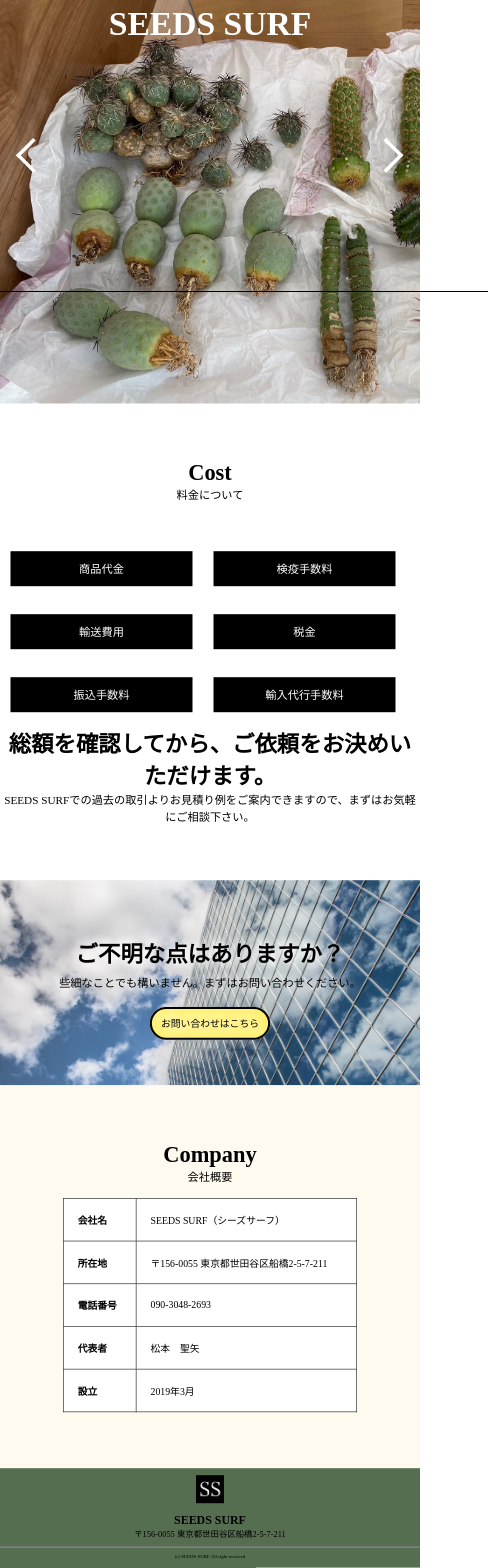
Repository: Seiya00002/seeds-surf-lp
Page: index.html
The author's editor kept a copy of each file at every save. The page is drawn from the files as they stood at one save, then again after the next save.
The browser window is 600 px wide. The page is 698 px wide, so the pictures cover 698 px, including what lies to the right of the window. The pictures show the part of the page from y = 2488 to 4728 px (the page is 4728 px tall), at 70% of full size.

Above is the page before, as saved 2023-07-19 10:19:21.

### index.html
<!DOCTYPE html>
<html lang="ja">
<head>
    <meta charset="UTF-8">
    <meta http-equiv="X-UA-Compatible" content="IE=edge">
    <meta name="viewport" content="width=device-width, initial-scale=1.0,
    minimum-scale=1, maximum-scale=1, user-scalable=no">
    <title>輸入代行SEEDS SURF</title>
    <link rel="stylesheet" href="css/style.css">
</head>
<body>
    <header>
        <div class="header_left">
            <img src="img/sslogo.jpg"
                alt="logo"
                width="40"
                height="40"
                class="logo">
            <h1>植物専門・輸入代行</h1>

        </div>
        <!-- <div class="header_right">
            <img src="img/tel_logo.png"
                alt="tel_logo"
                width="35"
                height="35"
                class="tel_logo">
            <div class="header_contact">
                <h2>090-3048-2693</h2>
                <p>（平日9:00 ~ 18:00）</p>
            </div>
        </div> -->
    </header>

    <main>
        <div class="top_wrapper">
            <div class="container">
                <div class="hero_message">
                    <div class="calculation-app">
                        <h2>お見積り計算シュミレーション</h2>

                            <p>仕入れ先の地域を選択して下さい。</p>
                            <form name="form1">
                                <select name="place">
                                    <option value="1.3">北米</option>
                                    <option value="1.2">ヨーロッパ</option>
                                    <option value="1">アジア</option>
                                </select>
                            </form>

                            <p>箱のサイズの予想を選択して下さい。</p>
                            <form name="form2">
                                <select name="box">
                                    <option value="18350">15kg</option>
                                    <option value="13350">10kg</option>
                                    <option value="8150">5kg</option>
                                </select>
                            </form>
                            <p>およその商品代金を入力して下さい。</p>
                            <label>￥</label><input
                            type="text"
                            id="price"
                            value=""
                            placeholder="金額を入力して下さい"
                            maxlength="7"
                            size="19"
                            ></label>

                            <br>
                            <br>
                            <div class="btn-box">
                                <button id="button">計算Go!!</button>
                            </div>
                    </div>
                </div>
            </div>
        </div>


        <!-- 見積り表 -->
    <div id="estimate_table" class="estimate_wrapper">
        <div class="container">
            <h3>予想お見積り表</h3>
            <table align="center" class="estimate">
                <tr>
                    <th>商品代金</th>
                    <td>¥<span id="span2"></span></td>
                </tr>
                <tr>
                    <th>検疫手数料</th>
                    <td>¥<span id="span3"></span></td>
                </tr>
                <tr>
                    <th>送料</th>
                    <td>¥<span id="span4"></span></td>
                </tr>
                <tr>
                    <th>弊社代行手数料</th>
                    <td>¥<span id="span5"></span></td>
                </tr>
                <tr>
                    <th>海外送金手数料</th>
                    <td>¥<span id="span6"></span></td>
                </tr>
                <tr>
                    <th>税金</th>
                    <td>¥<span id="span7"></span></td>
                </tr>
                <tr>
                  <th class="total">合計</th>
                  <th class="total">¥<span id="span1"></span></th>
              </tr>
            </table>
            <h4>詳しくは下記の「Cost」欄をご覧下さい。</h4>
        </div>
    </div>
        <div class="top_message">
            <div class="container">
                <div class="message">
                    <h1>植物専門の輸入代行とは</h1>
                    <p><img class="check" src="./img/check_icon.png"> 観葉植物などで検疫やワシントン条約に関わる特殊なお手続きを代行いたします。
                        <br><img class="check" src="./img/check_icon.png"> 言語や情報の壁のある現地業社との交渉から購買代行ご対応いたします。
                        <br><img class="check" src="./img/check_icon.png"> 仕入れ先の現地優良業社をご紹介いたします。
                    </p>

                </div>
            </div>
        </div>

        <div class="project_wrapper">
            <div class="container">
                <div class="projects">
                    <div class="project">
                        <div class="project_icon">
                            <img src="img/project_imag1.jpg">
                            <h2>「迅速・柔軟サービス」</h2>
                        </div>
                        <p class="text_contents">フットワークの軽いスタッフが、柔軟にお客様のご要望にご対応いたします。大変な植物の特殊なお手続きを出来る限りスムーズなお取引きを実現いたします。</p>

                    </div>
                    <div class="project">
                        <div class="project_icon">
                            <img src="img/pro_airport.jpg">
                            <h2>「全世界対応」</h2>
                        </div>
                        <p class="text_contents">全地域の現地業社との交渉、購買手続きにご対応いたします。</p>

                    </div>
                    <div class="project">
                        <div class="project_icon">
                            <img src="img/project_img3.jpg">
                            <h2>「現地企業のご紹介サービス」</h2>
                        </div>
                        <p class="text_contents">私たちは信頼出来る優良な業者様とお付き合いがございます。お取引き業者をお持ちでない方も、今すぐ輸入事業を始めることが出来ます。</p>
                    </div>
                        <div class="clear"></div>

                </div>
            </div>
        </div>
        <div class="service_wrapper">
            <div class="container">
                <div class="service_heading">
                    <h1>Frow</h1>
                    <p>輸入取引の流れ</p>
                </div>
                <div class="step">
                    <img src="img/person_img.png"
                    class="step_icon">
                    <div class="step_cont">
                        <h2>Step 1</h2>
                        <p>現地企業交渉</p>
                    </div>
                </div>
                <img src="img/down_img.png" class="step_icon2">

                <div class="step">
                    <img src="img/cal_img.png"
                    class="step_icon">
                    <div class="step_cont">
                        <h2>Step 2</h2>
                        <p>お見積り</p>
                    </div>
                </div>
                <img src="img/down_img.png" class="step_icon2">

                <div class="step">
                    <img src="img/bank_img.png"
                    class="step_icon">
                    <div class="step_cont">
                        <h2>Step 3</h2>
                        <p>お支払い</p>
                    </div>
                </div>
                <img src="img/down_img.png" class="step_icon2">
                <div class="step">
                    <img src="img/airp_imag.png"
                    class="step_icon">
                    <div class="step_cont">
                        <h2>Step 4</h2>
                        <p>発送</p>
                    </div>
                </div>
                <img src="img/down_img.png" class="step_icon2">
                <div class="step">
                    <img src="img/drivery_img.png"
                    class="step_icon">
                    <div class="step_cont">
                        <h2>Step 5</h2>
                        <p>お受取り</p>
                    </div>
                </div>
            </div>
        </div>

        <!-- スライドショー -->
        <div class="slide_wrapper">
            <div id="slide" class="slideshow">
                <p class="disc">SEEDS SURF</p>
                <a class="arrow next" id="right" href="#"></a>
                <a class="arrow back" id="left" href="#"></a>
            </div>
        </div>

        <div class="cost_wrapper">
            <div class="container">
                <div class="cost_heading">
                    <h1>Cost</h1>
                    <p>料金について</p>
                </div>
                <div class="cost_cont">
                    <div class="list01">
                        <p>商品代金</p>
                    </div>
                    <div class="list01">
                        <p>検疫手数料</p>
                    </div>
                    <div class="list01">
                        <p>輸送費用</p>
                    </div>
                    <div class="list02">
                        <p>税金</p>
                    </div>
                    <div class="list02">
                        <p>振込手数料</p>
                    </div>
                    <div class="list02">
                        <p>輸入代行手数料</p>
                    </div>
                    <!-- <div class="clear"></div> -->
                </div>
                <div class="cost_message">
                    <h1>総額を確認してから、ご依頼をお決めいただけます。</h1>
                    <p>SEEDS SURFでの過去の取引よりお見積り例をご案内できますので、まずはお気軽にご相談下さい。</p>
                </div>
            </div>
        </div>
        <div class="contact_wrapper">
            <div class="container">
                <h1>ご不明な点はありますか？</h1>
                <p>些細なことでも構いません。まずはお問い合わせください。</p>
                <a href="https://seeds-surf.com/%e3%81%8a%e5%95%8f%e3%81%84%e5%90%88%e3%82%8f%e3%81%9b/" class="btn contact">お問い合わせはこちら</a>
                <!-- <h2>TEL : 090-3048-2693</h2> -->
                <!-- <p>メールフォームよりお問い合わせ下さい。<br>営業時間：平日10：00〜19：00</p> -->
            </div>
        </div>
        <div class="company_wrapper">
            <div class="container">
                <h1>Company</h1>
                <p>会社概要</p>
                <table align="center" class="company">
                    <tr>
                        <th>会社名</th>
                        <td>SEEDS SURF（シーズサーフ）</td>
                    </tr>
                    <tr>
                        <th>所在地</th>
                        <td>〒156-0055 東京都世田谷区船橋2-5-7-211</td>
                    </tr>
                    <tr>
                        <th>電話番号</th>
                        <td>090-3048-2693</td>
                    </tr>
                    <tr>
                        <th>代表者</th>
                        <td>松本　聖矢</td>
                    </tr>
                    <tr>
                        <th>設立</th>
                        <td>2019年3月</td>
                    </tr>
                </table>
            </div>
        </div>


    </main>

    <footer>
        <div class="container">
                <img src="img/sslogo.jpg"
                    alt="logo"
                    width="40"
                    height="40"
                    class="logo">
                <h1>SEEDS SURF</h1>
                <p>〒156-0055 東京都世田谷区船橋2-5-7-211</p>
                <hr color="gray">
                <small>(c) SEEDS SURF All right reserved</small>
        </div>
    </footer>

    <script src="./app.js"></script>
</body>
</html>

### css/style.css
/* all */
*{
    box-sizing: border-box;
    margin: 0;
    padding: 0;
}

h1 {
    font-family: 'Times New Roman', Times, serif;

}

h2 ,h3 ,p {
    font-family: 'Hiragino Sans';

}
/* header */

header {
    height: 70px;
    display: flex;
    align-items: center;
    position: absolute;
}

.header_left {
    display: flex;
}

.header_right {
    display: flex;
    margin: 0 0 0 auto;
}

.logo {
    margin: 10px 10px;
}

.tel_logo {
    margin: 20px 10px;
}

header h1 {
    font-size: 23px;
    padding: 18px 10px;
    font-weight: 500px;
    text-shadow: 6px 6px 10px white, -6px -6px 10px white;

}

header h2 {
    font-size: 21px;
    padding: 15px 10px 0 0;
}

header p {
    padding-bottom: 10px;
}
.container {
    text-align: center;
    width: 100%;
}

/* main */

/* top */
.top_wrapper {
    color: white;
    width: 100%;
    height: auto;
}

.hero_message {
    background-image: url(../img/cream-spike.jpg);
    background-size: cover;

    font-size: 15px;
    color: black;
    height: 660px;
    min-width:100%;
    font-weight: bold;
    display: flex;
    justify-content: center;
    align-items: center;
    line-height: 2.5em;
}

.calculation-app {
    background: rgb(255, 255, 255,0.5);
    padding: 70px;
    border-radius: 10%;
}

.hero_message h2 {
    padding-bottom: 30px;
}

.top_message {
    background-color: rgb(85, 110, 80);
    color: white;
    padding: 30px 0;
}

.top_message p {
    padding-top: 20px;
    font-size: 17px;
    line-height: 1.6rem;
}

.check {
    width: 16px;
    height: 16px;
}

/* project_wrapper */
.project_wrapper {
    margin-bottom: 80px;
}

.project {
    float: left;
    width: 33%;
    padding: 20px 10px 20px 10px;
    height: 300px;

}

.project_icon {
    position: relative;

}

.project_icon h2 {
    position: absolute;
    top: 80px;
    width: 100%;
    color: white;
    font-weight: normal;

}

.clear {
    clear: left;
}

/* service_wrapper */
.service_wrapper {
    background-color: #fffaf0;
    padding: 80px 0;
}

.service_heading {
padding-bottom: 50px;
}

.step {
    display: flex;
    justify-content: center;
    align-items: center;
    padding: 20px 0;

}

.step_cont {
    padding-left: 50px;
}

.step_icon {
    width: 70px;
    height: 70px;

}

.step_icon2 {
    width: 15px;
    height: 15px;

}

.step h2 {
    font-size: 14px;
}

.step p {
    font-size: 20px;
    padding-top: 13px;
}

/* cost_wrapper */
.cost_wrapper {
    padding: 80px 0;
}

.cost_cont {
    padding-top: 50px;
    width: 650px;
    margin: 0 auto;
    flex-wrap: wrap;
    display: flex;

}


.list01 {
    background-color: black;
    width: 180px;
    height: 50px;
    color: white;
    margin: 20px 15px;
    justify-content: center;
    padding-top: 12px;

}

.list02 {
    background-color: black;
    width: 180px;
    height: 50px;
    color: white;
    margin: 20px 15px;
    justify-content: center;
    padding-top: 12px;


}



/* contact_wrapper */
.contact_wrapper {
    background-image: url(../img/sky&office_img.jpeg);
    padding: 80px 0;
    background-size: cover;
    text-shadow: 6px 6px 10px white, -6px -6px 10px white;
    font-weight: 530;
}


.contact_wrapper p {
    padding:8px 0 35px 0;
}

.btn {
    width: 180px;
    height: 35px;
    padding: 13px;
    font-size: 14px;
    color: black;
    background-color:#fff176;
    border: black solid;
    border-radius: 24px;
    user-select: none;
    cursor: pointer;
    text-decoration: none;
}

.btn:hover {
    opacity: .7;
}

.contact_wrapper h2 {
    padding-top: 35px;
}

/* company_wrapper */
.company_wrapper {
    padding: 80px 0;
    background-color: #fffaf0;

}

.company_wrapper p {
    padding-bottom: 20px;
}

table.company {
    border-collapse: collapse;
    width: 600px;
    background-color: white;
    margin: auto;
}

th, td {
    border: solid 1px #333;
    padding: 20px;
}

.company th,td {
    text-align: left;
}


/* footer */

footer {
    background-color: rgb(85, 110, 80);
    color: black;
    padding-bottom: 10px;

}

footer h1 {
    font-size: 17px;
}

footer p {
    font-size: 12px;
    padding-bottom: 10px;
}
small {
    font-size: 7px;

}


/* slideshow 追加 */
.slide_wrapper{
    max-width: 1200px;
    height: 600px;
    margin: auto;
    text-align: center;
}
/*画像配置*/
.slideshow{
    max-width: 100%;
    height: 100%;
    background-image: url(../img/import-img1.jpg);
    background-repeat: no-repeat;
    background-size: cover;
    background-position: 0% 50%;/*左 中央のよせ*/
}
/*文字*/
.disc{
    margin: auto;
    text-align: center;
    font-size: 3em;
    color: #ffffff;
    font-weight: 800;
    padding-top:5%;
}
/*>*/
.next{
    float: right;
    top: 160px;
    right: 50px;
}
/*<*/
.back{
    float: left;
    top: 160px;
    bottom: 0px;
    left: 30px;
}
/*矢印のデザイン*/
.arrow{
    position: relative;
    display: inline-block;
    padding: 0 0 0 16px;
    color: #000;
    vertical-align: middle;
    text-decoration: none;
    font-size: 15px;
}
.arrow::before,
.arrow::after{
    position: absolute;
    top: 0;
    bottom: 0;
    left: 0;
    margin: auto;
    content: "";
    vertical-align: middle;
}

.next::before{
    left: 0px;
    width: 30px;
    height: 30px;
    border-top: 5px solid rgb(255, 255, 255);
    border-right: 5px solid rgb(255, 255, 255);
    -webkit-transform: rotate(45deg);
    transform: rotate(45deg);
}
.back::before{
    left: 0px;
    width: 30px;
    height: 30px;
    border-bottom: 5px solid rgb(255, 255, 255);
    border-left: 5px solid rgb(255, 255, 255);
    -webkit-transform: rotate(45deg);
    transform: rotate(45deg);
}
/* CSSアニメーションの指定 */
.slideshow{
    transition: background-image 1s ease-in;
}

/* 計算シュミレーション追加 */
.btn-box button {
    width: 180px;
    height: 35px;
    padding: 6px;
    font-size: 14px;
    color: black;
    background-color:#fff176;
    border: black solid;
    border-radius: 24px;
    user-select: none;
    cursor: pointer;
  }

  .btn-box button:hover {
    opacity: .7;
  }


/* 見積り表追加 */
.estimate_wrapper {
    display: none;
    background-color: #fffaf0;
    padding: 40px 0;
}
.estimate_wrapper h3 {
    padding-bottom: 20px;
}
.estimate_wrapper h4 {
    padding-top: 20px;
}

table.estimate {
    border-collapse: collapse;
    width: 450px;
    background-color: white;
    margin: auto;
}

.estimate th{
    padding: 15px 20px;
    text-align: center;
}

.estimate td{
    text-align: center;
}

th.total {
    background: rgb(224, 224, 224);
}

.estimate_wrapper.appear {
    display: block;
    animation: .5s fadeIn;
  }

  @keyframes fadeIn {
    0% {
      opacity: 0;
      transform: translateY(-10px);
    }
    100% {
      opacity: 1;
      transform: none;
    }
  }

/* レスポンシブ */
  @media (max-width: 670px) {
    .project {
        width: 100%;
    }
    .cost_cont h2 {
        width: 50%;
    }
    .list01 {
        width: 40%;
    }
    .list02 {
        width: 40%;
    }
    table.company {
        width: 70%;
        font-size: 14px;
    }

}
@media (max-width: 1000px) {
    .project {
        width: 50%;
    }
}

### app.js
// スライドショー機能
window.onload =
function (){

    let images = [
        'url(./img/import-img1.jpg)',
        'url(./img/import-img2.jpg)',
        'url(./img/import-img3.jpg)'
    ]

    let target = document.querySelector('#slide');
    let right = document.querySelector('#right');
    let left = document.querySelector('#left');

    // 画像カウンター表示
    let count = 0;

    function change(){
        target.style.backgroundImage = images[count];
        if( count == 2){
            count = 0;
        } else {
            count++;
        }
    }

    function goNext(event) {
        event.preventDefault();
        change();
    }

    function goBack(event) {
        event.preventDefault();
        if( count == 0){
            count = 2;
        } else {
            count--;
        } change();
    }

    right.addEventListener( 'click', goNext, false);
    left.addEventListener( 'click', goBack, false);


setInterval(change, 3000);


// 計算シュミレーションapp

let button = document.getElementById("button");
button.onclick = clickBtn1;

function clickBtn1(){

    const place = document.form1.place;
    const box = document.form2.box;
    const price = document.getElementById('price');

    // 値(数値)を取得
    const num = place.selectedIndex;
    const boxnum = box.selectedIndex;
    console.log(boxnum);

    // 値(数値)から値(value値)を取得
    let region = place.options[num].value;
    let boxPrice = box.options[boxnum].value;
    let plantsPriceString = price.value;

    let plantsPrice = parseInt(plantsPriceString, 10); // plantsPriceStringを数値に変換

    const phyto = 10000;
    let argent = plantsPrice * 0.2;
    let boxCalc = boxPrice*region

    let boxPriceValue = parseInt(boxCalc, 10);

    let sendingMoneyNum = (plantsPrice + boxPriceValue) * 0.0073;
    let sendingMoney = Math.round(sendingMoneyNum);
    let tax = plantsPrice * 0.07;

    let taxValue = parseInt(tax, 10);
    let sendingMoneyNumValue = parseInt(sendingMoney, 10);


    let estimateNum = ( region * boxPrice) + (plantsPrice *0.2) + phyto + plantsPrice + sendingMoneyNumValue + taxValue;
    let plantsValue = plantsPrice.toLocaleString();
    let phytoFee = phyto.toLocaleString();
    let boxFee = boxPriceValue.toLocaleString();
    let argentFee = argent.toLocaleString();
    let sendingMoneyFee = sendingMoney.toLocaleString();
    let taxFee = tax.toLocaleString();
    let estimate = estimateNum.toLocaleString();

    document.getElementById("span1").textContent = estimate;
    document.getElementById("span2").textContent = plantsValue;
    document.getElementById("span3").textContent = phytoFee;
    document.getElementById("span4").textContent = boxFee;
    document.getElementById("span5").textContent = argentFee;
    document.getElementById("span6").textContent = sendingMoneyFee;
    document.getElementById("span7").textContent = taxFee;

  }

// 見積り表示切り替え

const btn = document.getElementById('button')
btn.addEventListener('click', () => {
    const estimate_table = document.getElementById('estimate_table');
    const priceForm = document.getElementById('price');

    if(priceForm.value ===''){
        window.alert('金額を入力して下さい。');
    } else {

    estimate_table.classList.toggle('appear');

    }

    if (btn.textContent == "計算Go!!") {
      btn.textContent = "閉じる";
    } else {
      btn.textContent = "計算Go!!";
    }
  });

};

After the next save:
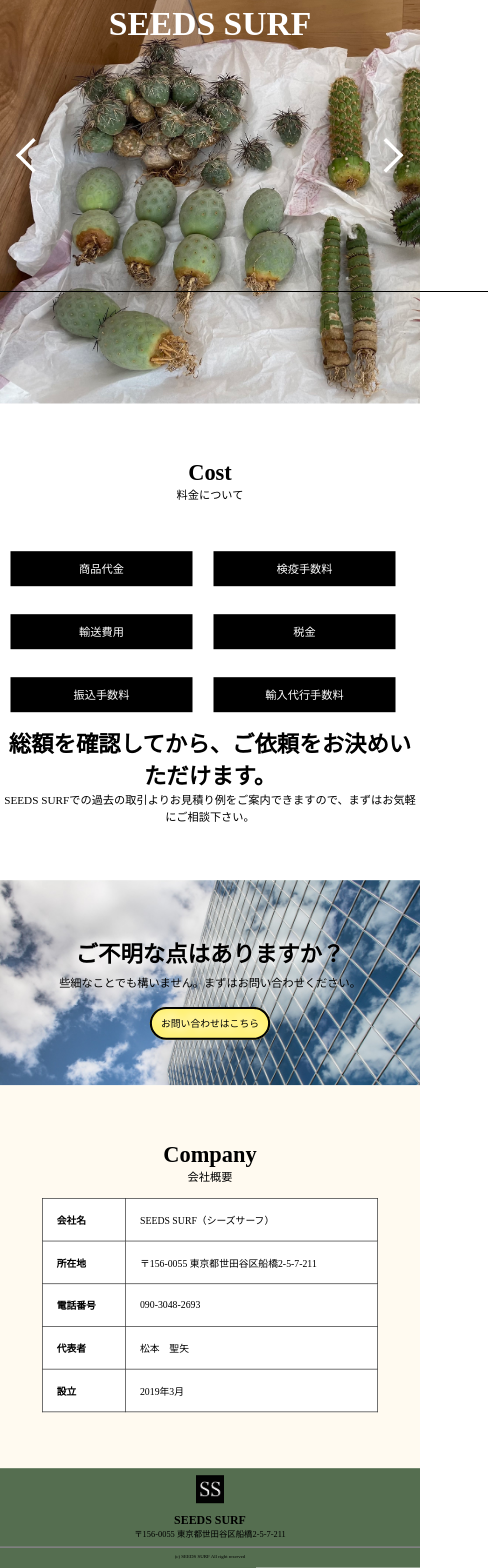
Saved 8 s later.
--- a/css/style.css
+++ b/css/style.css
@@ -478,7 +478,7 @@ th.total {
         width: 40%;
     }
     table.company {
-        width: 70%;
+        width: 80%;
         font-size: 14px;
     }
 
